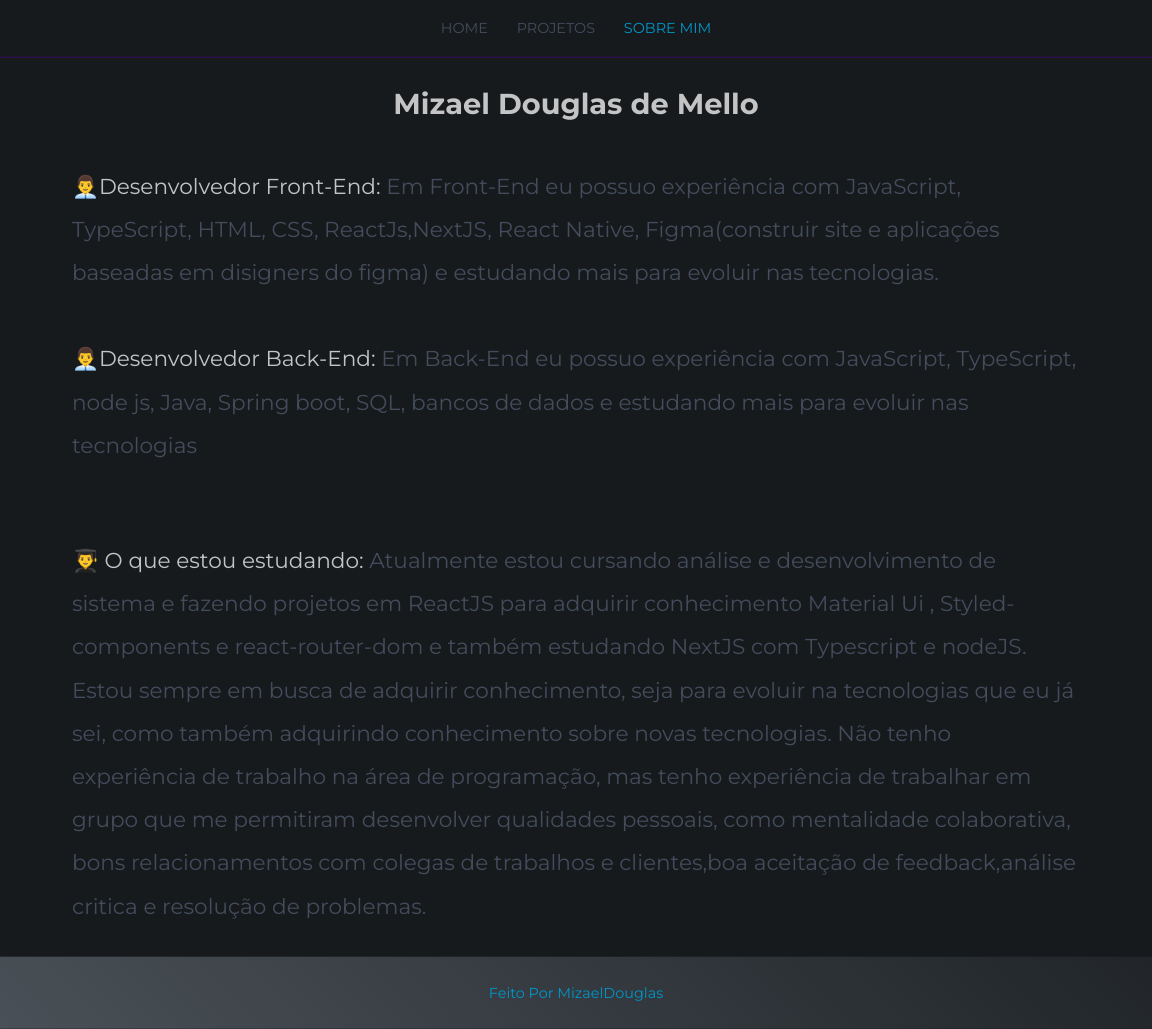
Repository: Mizaeldouglas/New-Portifolio
Page: /sobre
An editor plug-in stored every save of this project. The page is shown before and after the next save, followed by the edit.
The browser window is 1280 px wide. The pictures show the whole page, at 90% of full size.
The project was rebuilt for these pictures with package versions that can differ from the ones it lists, and the page was loaded fresh each time. The framework's server and built-in components were replaced by stand-ins that run in the browser. Also part of the build but not shown: next.config.js.

Above is the page before, as saved 2022-07-05 20:53:56.

### src/pages/_app.tsx
import { ThemeProvider } from 'styled-components';
import { Footer } from '../components/Footer';
import Header from '../components/Header';

import GlobalStyles from '../styles/global';
import theme from '../styles/theme';

function MyApp({ Component, pageProps }) {
  return (
    <ThemeProvider theme={theme}>
      <Header />
      <Component {...pageProps} />
      <GlobalStyles />
      <Footer />
    </ThemeProvider>
  );
}

export default MyApp;

### src/pages/_document.tsx
import Document, {
  DocumentContext,
  DocumentInitialProps,
  Head,
  Html,
  Main,
  NextScript
} from 'next/document';

import { ServerStyleSheet } from 'styled-components';

export default class MyDocument extends Document {
  static async getInitialProps(
    ctx: DocumentContext
  ): Promise<DocumentInitialProps> {
    const sheet = new ServerStyleSheet();
    const originalRenderPage = ctx.renderPage;

    try {
      ctx.renderPage = () =>
        originalRenderPage({
          enhanceApp: App => props => sheet.collectStyles(<App {...props} />)
        });

      const initialProps = await Document.getInitialProps(ctx);
      return {
        ...initialProps,
        styles: (
          <>
            {initialProps.styles}
            {sheet.getStyleElement()}
          </>
        )
      };
    } finally {
      sheet.seal();
    }
  }

  render() {
    return (
      <Html lang="pt-br">
        <Head>
          <link rel="preconnect" href="https://fonts.googleapis.com" />
          <link rel="preconnect" href="https://fonts.gstatic.com" />
          <link
            href="https://fonts.googleapis.com/css2?family=JetBrains+Mono:wght@200&family=Montserrat:wght@300;400;500;600;700&display=swap"
            rel="stylesheet"
          />

          <meta charSet="utf-8" />
          <meta httpEquiv="X-UA-Compatible" content="IE=edge" />
        </Head>
        <body>
          <Main />
          <NextScript />
        </body>
      </Html>
    );
  }
}

### src/pages/sobre/index.tsx
import { SobreContainer } from '../../styles/SobreStyles';

export default function Sobre() {
  return (
    <SobreContainer>
      <main>
        <h1>Mizael Douglas de Mello</h1>
        <p className="tecnologias">
          👨‍💼<span>Desenvolvedor Front-End:</span> Em Front-End eu possuo
          experiência com JavaScript, TypeScript, HTML, CSS, ReactJs,NextJS,
          React Native, Figma(construir site e aplicações baseadas em disigners
          do figma) e estudando mais para evoluir nas tecnologias.
        </p>
        <p className="tecnologias">
          👨‍💼<span>Desenvolvedor Back-End:</span> Em Back-End eu possuo
          experiência com JavaScript, TypeScript, node js, Java, Spring boot,
          SQL, bancos de dados e estudando mais para evoluir nas tecnologias
        </p>
        <p className="estudos">
          👨‍🎓 <span>O que estou estudando:</span> Atualmente estou cursando
          análise e desenvolvimento de sistema e fazendo projetos em ReactJS
          para adquirir conhecimento Material Ui , Styled-components e
          react-router-dom e também estudando NextJS com Typescript e nodeJS.
          Estou sempre em busca de adquirir conhecimento, seja para evoluir na
          tecnologias que eu já sei, como também adquirindo conhecimento sobre
          novas tecnologias. Não tenho experiência de trabalho na área de
          programação, mas tenho experiência de trabalhar em grupo que me
          permitiram desenvolver qualidades pessoais, como mentalidade
          colaborativa, bons relacionamentos com colegas de trabalhos e
          clientes,boa aceitação de feedback,análise critica e resolução de
          problemas.
        </p>
      </main>
    </SobreContainer>
  );
}

### src/components/Footer/index.tsx
import { Container } from './styles';

export function Footer() {
  return (
    <Container>
      <p>Feito Por MizaelDouglas</p>
    </Container>
  );
}

### src/components/Header/index.tsx
import { Container } from './styles';
import NavLink from './NavLink';

function Header() {
  return (
    <Container>
      <ul>
        <NavLink title="Home" path="/" />
        <NavLink title="Projetos" path="/projetos" includes />
        <NavLink title="Sobre Mim" path="/sobre" />
      </ul>
    </Container>
  );
}
export default Header;

### src/styles/global.ts
import { lighten } from 'polished';
import { createGlobalStyle } from 'styled-components';

export default createGlobalStyle`
  * {
    margin: 0;
    padding: 0;
    box-sizing: border-box;
    font-family: 'Montserrat', sans-serif;
    ::-webkit-scrollbar {
      width: 8px;
      height: 5px;
    }
    ::-webkit-scrollbar-thumb {
      background: ${({ theme }) => theme.textHighlight};
      border-radius: 10px;
    }
    ::-webkit-scrollbar-track{
      background: ${({ theme }) => lighten(0.4, theme.textHighlight)};
    }
  }
  body {
    background: ${props => props.theme.background};
    font: 400 1rem 'Montserrat', sans-serif;
  }
  img {
    width: 100%;
    max-width: 100%;
  }
  ul {
    list-style: none;
  }
  button {
    cursor: pointer;
  }
  a {
    text-decoration: none;
  }
  .container {
    width: 100%;
    margin: 0 auto;
    max-width: 85rem;
    padding: 0 1rem;
    padding-bottom: 30px;
    @media(max-width:1450px) {
      max-width: 70rem;
    }
    @media(max-width:1000px) {
      max-width: 50rem;
    }
    @media(max-width:700px) {
      padding: 0 2rem;
    }
  }
`;

### src/styles/theme.ts
const theme = {
  background: '#161a1d',
  backgroundLight: '#3c096c',
  primary: '#0096c7',
  secondary: '#023e8a',
  gradient: 'linear-gradient(225deg, #212529 0%, #495057 100%);',
  text: '#848DA0',
  textHighlight: '#444B5B',
  textLight: '#C4C4C4',
  border: '#313958',
  inputBackground: '#1E253E',
  error: '#d45d5d'
};

export default theme;

### src/styles/SobreStyles.ts
import styled from 'styled-components';

export const SobreContainer = styled.div`
  display: flex;
  flex-direction: column;
  width: 100%;
  height: 100%;

  main {
    margin-top: 2rem;
    margin-bottom: 2rem;
    width: 100%;
    padding: 0 5rem;
    h1 {
      text-align: center;
      color: ${({ theme }) => theme.textLight};
    }
    p {
      font-size: 1.5rem;
      line-height: 2;
      color: ${({ theme }) => theme.textHighlight};
    }
    span {
      color: ${({ theme }) => theme.textLight};
    }
    .tecnologias {
      margin-top: 3rem;
    }
    .estudos {
      margin-top: 5rem;
    }
  }
`;

### src/components/Footer/styles.ts
import styled from 'styled-components';

export const Container = styled.div`
  width: 100%;
  height: 5rem;
  background: ${({ theme }) => theme.gradient};
  color: ${({ theme }) => theme.primary};
  display: flex;
  align-items: center;
  justify-content: center;
`;

### src/components/Header/styles.ts
import { lighten } from 'polished';
import styled from 'styled-components';

interface NavProps {
  isActive: boolean;
}

export const Container = styled.header`
  width: 100%;
  display: flex;
  align-items: center;
  justify-content: center;
  height: 4rem;
  border-bottom: 1px solid ${({ theme }) => theme.backgroundLight};

  ul {
    display: flex;
    gap: 2rem;
    align-items: center;
  }
`;
export const NavLinkContainer = styled.li<NavProps>`
  a {
    text-transform: uppercase;
    color: ${props =>
      props.isActive ? props.theme.primary : props.theme.textHighlight};
    transition: 0.5s;
    &:hover {
      color: ${props =>
        props.isActive
          ? lighten(0.2, props.theme.primary)
          : lighten(0.2, props.theme.textHighlight)};
    }
  }
`;

### src/components/Header/NavLink.tsx
import Link from 'next/link';
import { useRouter } from 'next/router';
import { NavLinkContainer } from './styles';

interface Props {
  title: string;
  path: string;
  includes?: boolean;
}

export default function navLink({ title, path, includes = false }: Props) {
  const router = useRouter();

  function verifyIfIsActive() {
    if (includes) {
      return router.pathname.includes(path);
    }
    return path === router.pathname;
  }

  const isActive = verifyIfIsActive();

  return (
    <NavLinkContainer isActive={isActive}>
      <Link href={path}>
        <a>{title}</a>
      </Link>
    </NavLinkContainer>
  );
}

After the next save:
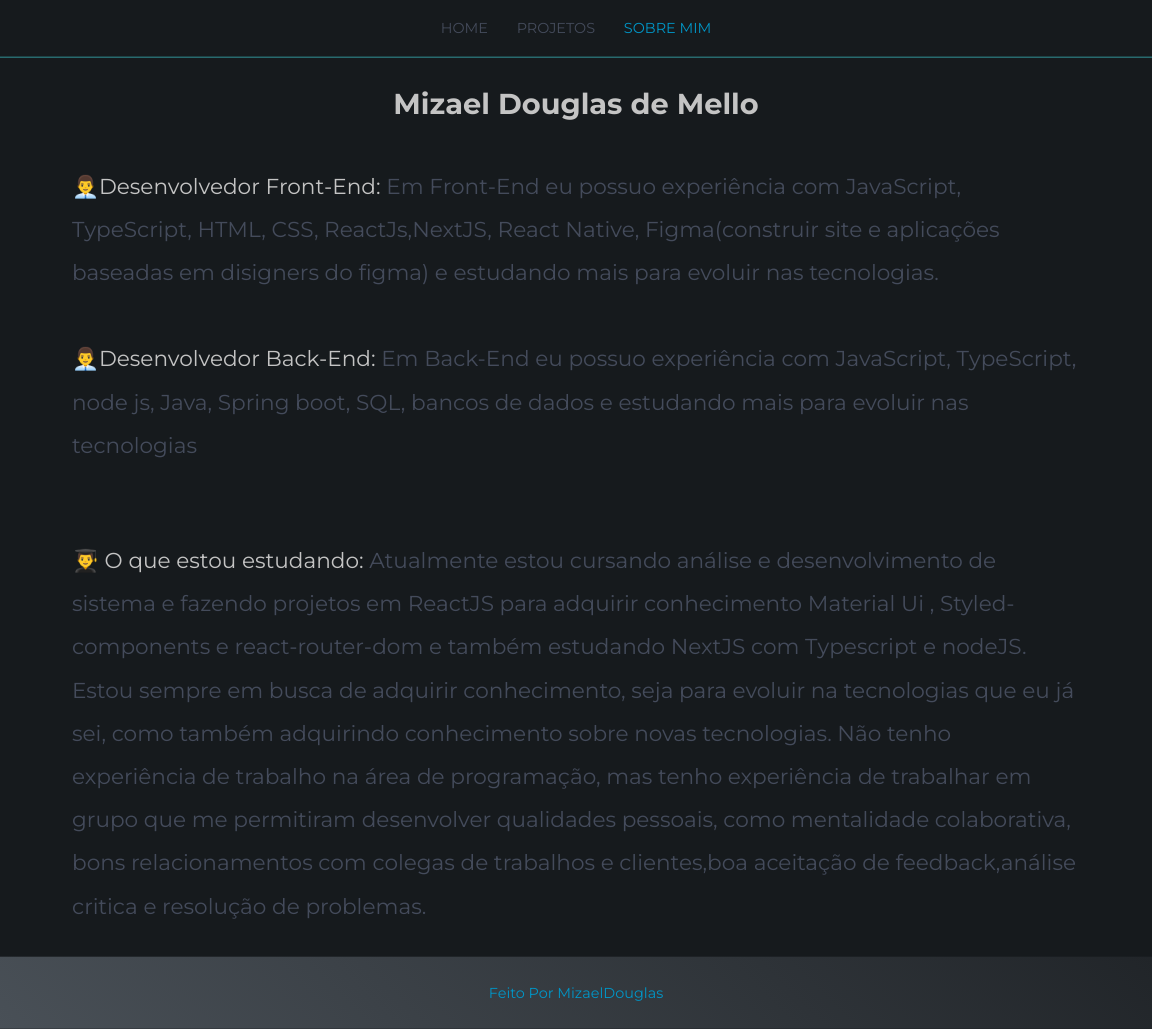
Saved 26 s later.
--- a/src/styles/theme.ts
+++ b/src/styles/theme.ts
@@ -1,6 +1,6 @@
 const theme = {
   background: '#161a1d',
-  backgroundLight: '#3c096c',
+  backgroundLight: '#34a0a4',
   primary: '#0096c7',
   secondary: '#023e8a',
   gradient: 'linear-gradient(225deg, #212529 0%, #495057 100%);',
